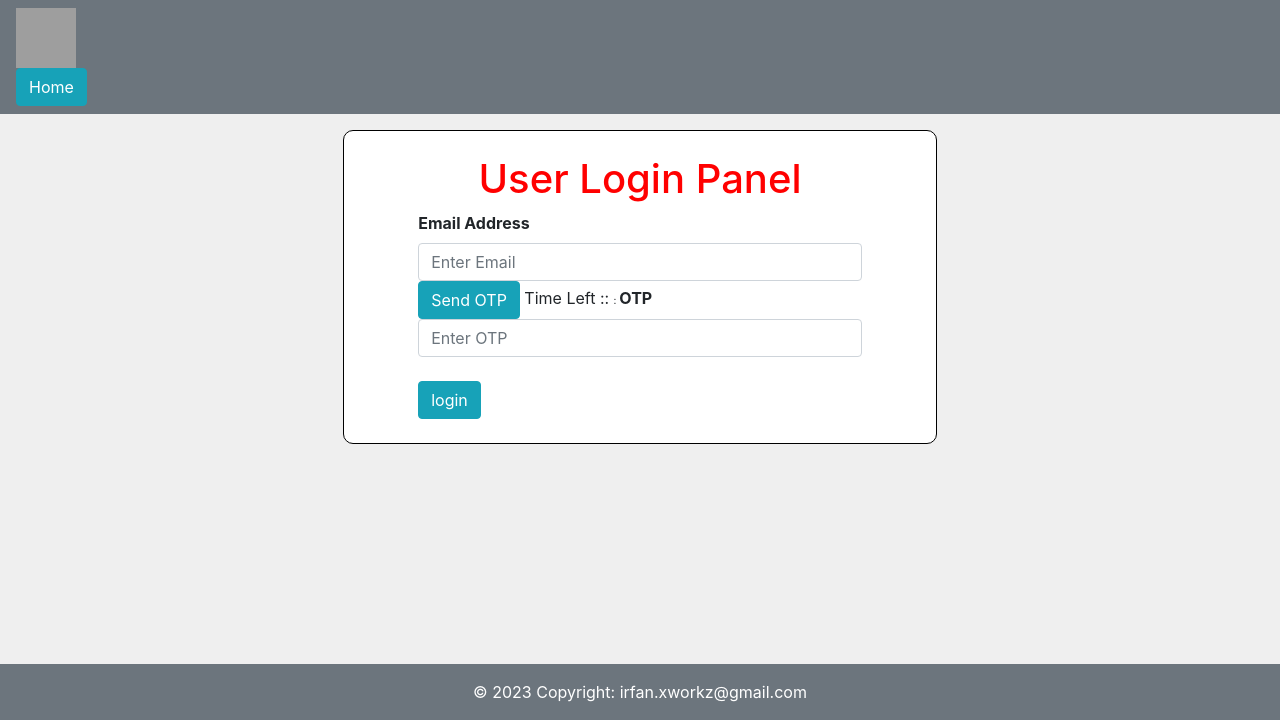
Repository: irfanxworkz/Project
Page: http://localhost/parking/UserLogin.jsp
An editor plug-in stored every save of this project. The page is shown before and after the next save, followed by the edit.
The browser window is 1280 px wide. The pictures show the whole page.
Pictures or frames that could not be fetched are drawn as grey boxes. The page is served by Tomcat 9.

Above is the page before, as saved 2023-07-12 08:46:50.
Console error: SyntaxError: Unexpected identifier 'getseconds'

After the next save:
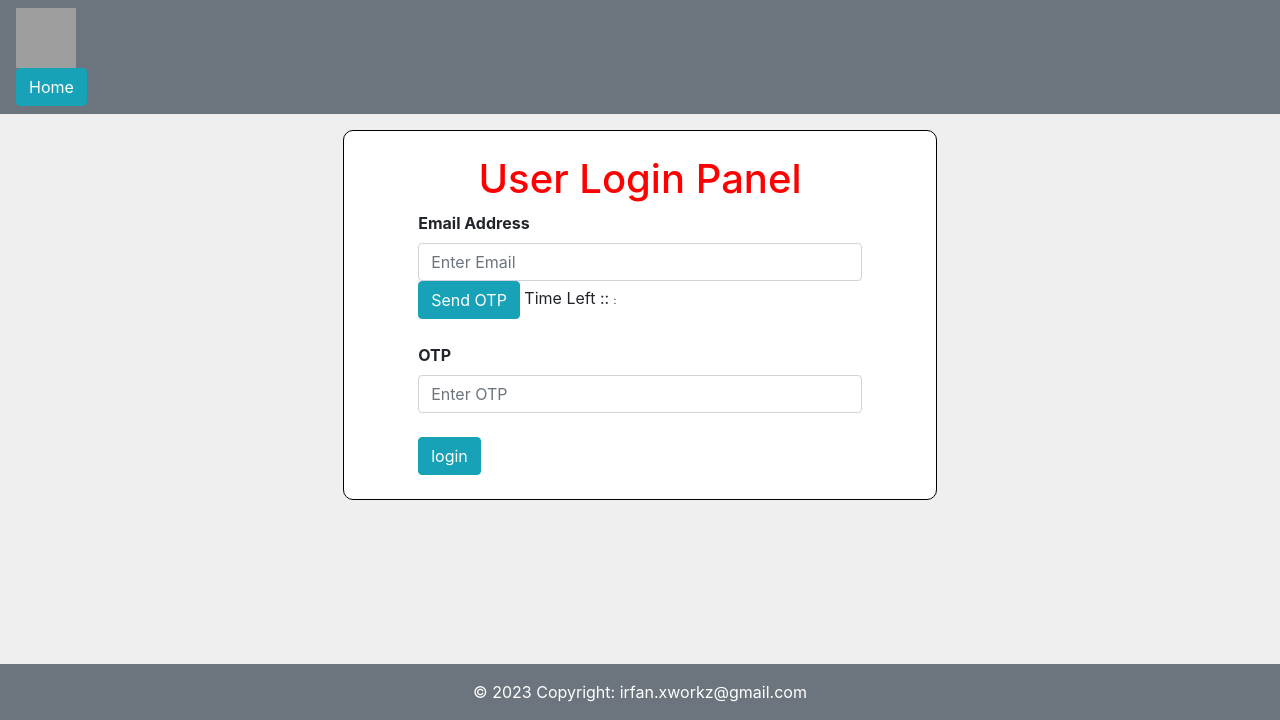
Saved 25 s later.
--- a/parking/src/main/webapp/UserLogin.jsp
+++ b/parking/src/main/webapp/UserLogin.jsp
@@ -69,7 +69,7 @@
 			<div class="container">
 			<label for="email"><b>Email Address</b></label>
 			<!--  <span style="color: red;"> Time Left ::</span><br><br> -->
-			    <input type="email" name="email" class="form-control" placeholder="Enter Email" required="required"><input type="submit" value="Send OTP" onclick="countdown();" class="btn btn-info" > Time Left :: <span id="minutes"><font size="1"> : </font> </span> <span id="seconds"> </span>
+			    <input type="email" name="email" class="form-control" placeholder="Enter Email" required="required"><input type="submit" value="Send OTP" onclick="countdown();" class="btn btn-info" > Time Left :: <span id="minutes"><font size="1"> : </font> </span> <span id="seconds"> </span><br><br>
 
 
 			<label for="otp"><b>OTP</b></label>
